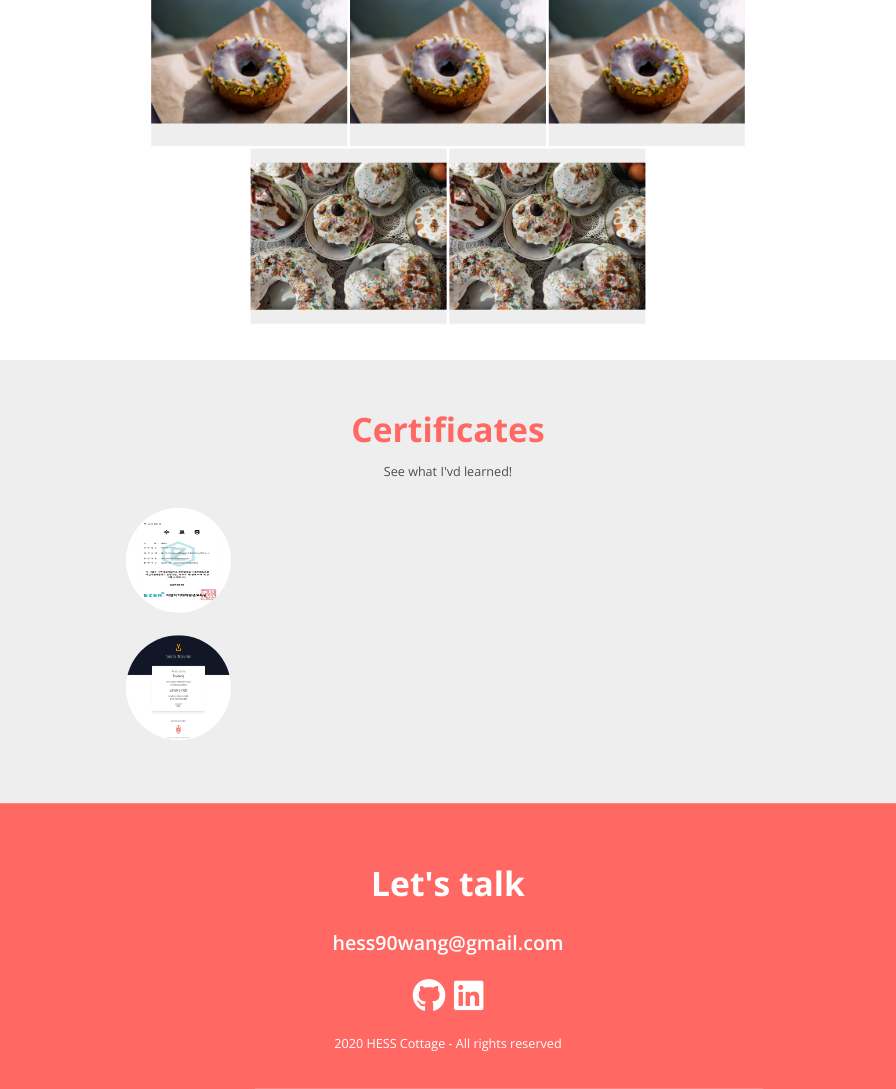
Repository: hesshess/Portfolio
Page: index.html
The author's editor kept a copy of each file at every save. The page is drawn from the files as they stood at one save, then again after the next save.
The browser window is 1280 px wide. The pictures show the part of the page from y = 2898 to 4818 px (the page is 4454 px tall before and 4818 px after), at 70% of full size.
Some web libraries are served in a nearby version.

Above is the page before, as saved 2022-10-18 12:54:55.

After the next save:
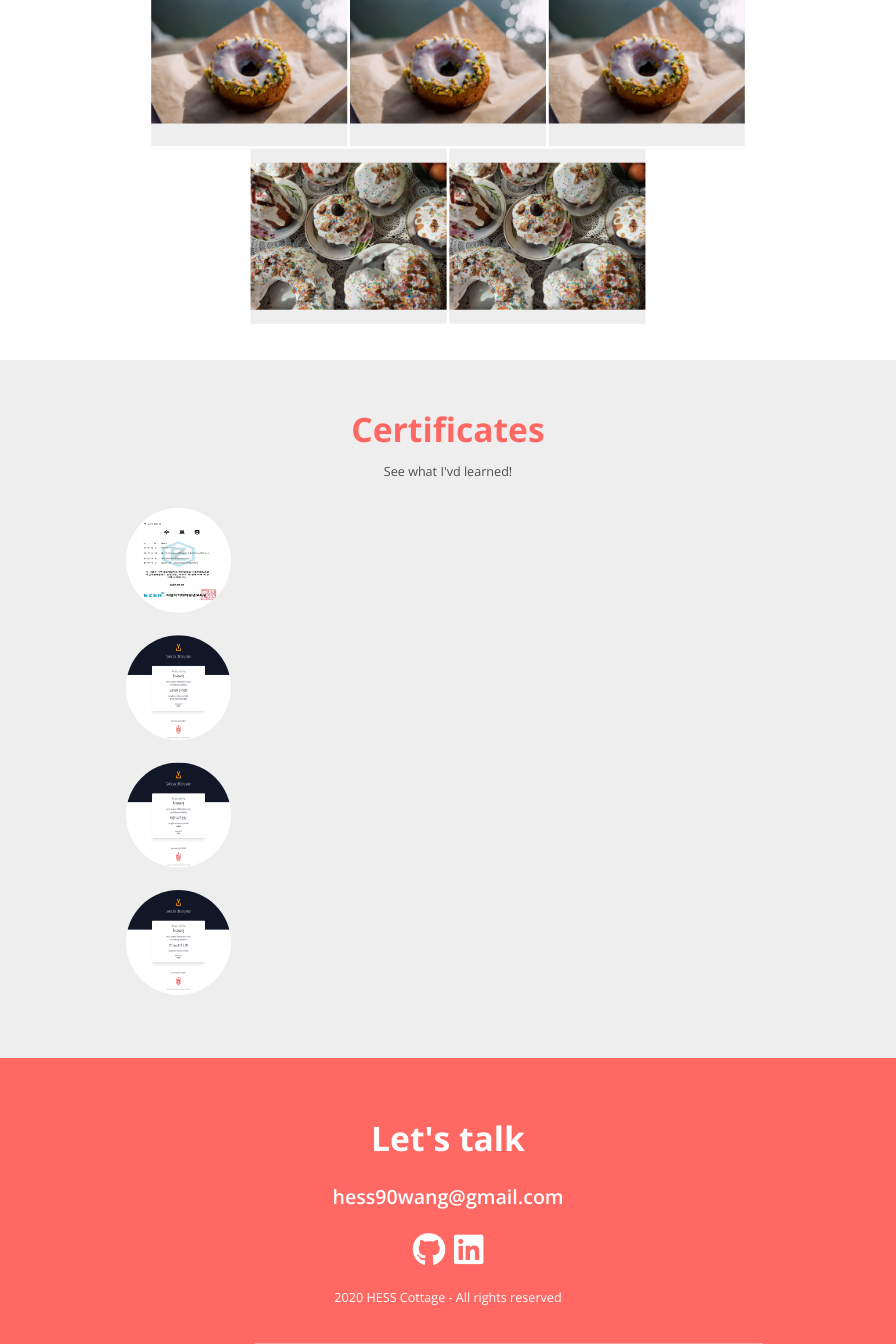
Saved 57 s later.
--- a/index.html
+++ b/index.html
@@ -371,6 +371,18 @@
               class="testimonial__avatar"
             />
           </div>
+          <div class="testimonial">
+            <img
+              src="imgs/testimonial/nomad2.jpg"
+              class="testimonial__avatar"
+            />
+          </div>
+          <div class="testimonial">
+            <img
+              src="imgs/testimonial/nomad3.jpg"
+              class="testimonial__avatar"
+            />
+          </div>
         </div>
       </div>
     </section>
